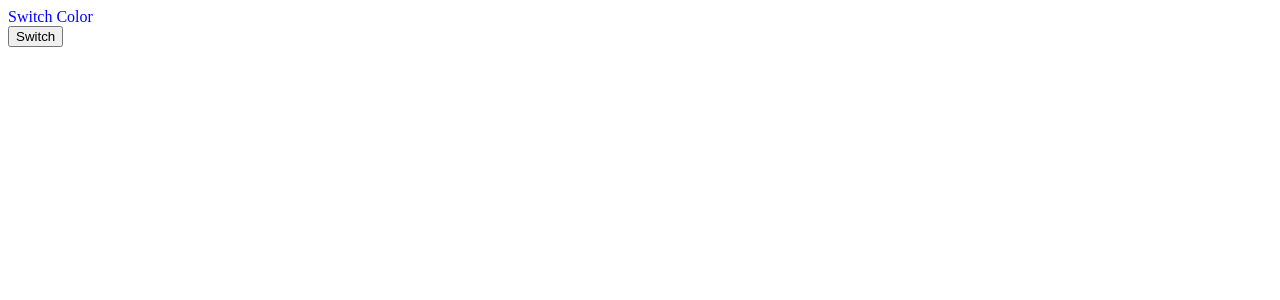
Repository: rvlyra/js-error-pattern
Page: index.html
These files come from the project's save history. The page is drawn as it stood at one moment and after the next save; the edit follows.
The browser window is 1280 px wide. The pictures show the whole page.
After loading, the first visible `button` was clicked once.

Above is the page before, as saved 2022-06-12 14:18:32.

After the next save:
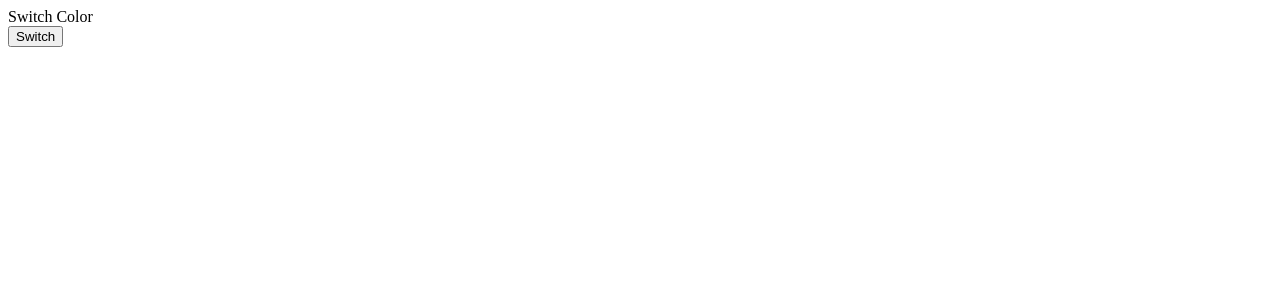
Console error: TypeError: font1.getElementById is not a function
Saved 37 s later.
--- a/main.js
+++ b/main.js
@@ -4,9 +4,9 @@
 
 function swt(){
   if(font1 == 'blue'){
-    document.getElementById('h1').style.color = '#4d4d4d';
+    font1.style.color = '#4d4d4d';
   }
   else {
-    document.getElementById('h1').style.color = 'blue';
+    font1.getElementById('h1').style.color = 'blue';
   }
 }

After the save that followed:
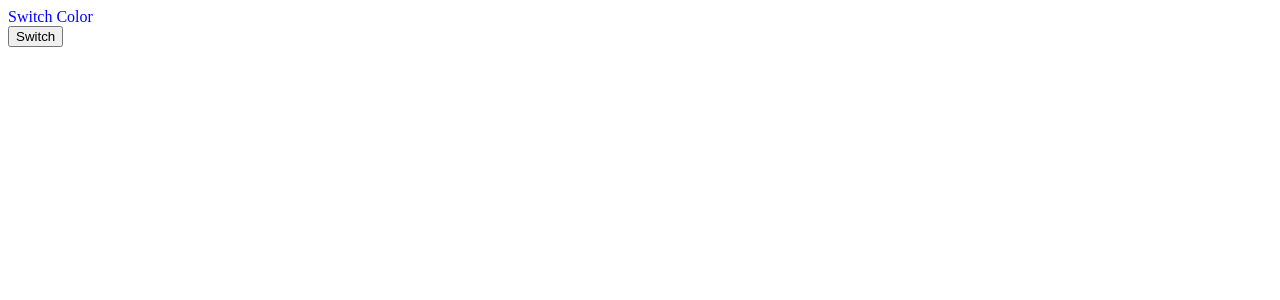
The error is gone.
Saved 15 s later.
--- a/main.js
+++ b/main.js
@@ -7,6 +7,6 @@
     font1.style.color = '#4d4d4d';
   }
   else {
-    font1.getElementById('h1').style.color = 'blue';
+    font1.style.color = 'blue';
   }
 }
